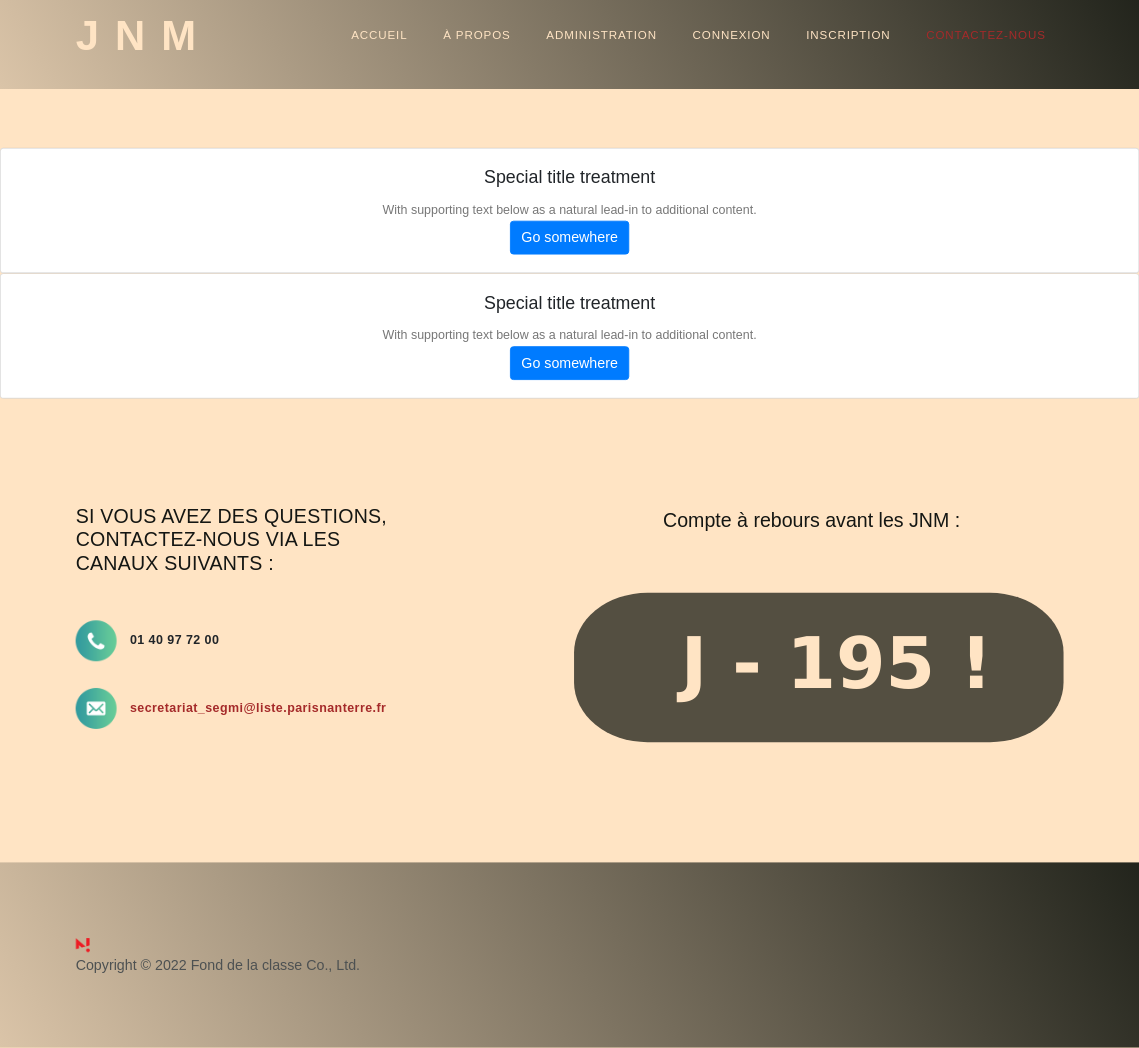
Repository: RiadNadri/ProjetWeb2022
Page: templates/Admin/admin.html.twig
The author's editor kept a copy of each file at every save. The page is drawn from the files as they stood at one save, then again after the next save.
The browser window is 1280 px wide. The pictures show the whole page, at 89% of full size.
Some web fonts or font styles are not loaded; a fallback is used. The page is a Twig template of a Symfony application; nobody is signed in and links lead nowhere. The template is opened directly, without the code that normally fills it, so the values that code supplies are empty.

Above is the page before, as saved 2022-12-24 17:17:37.

After the next save:
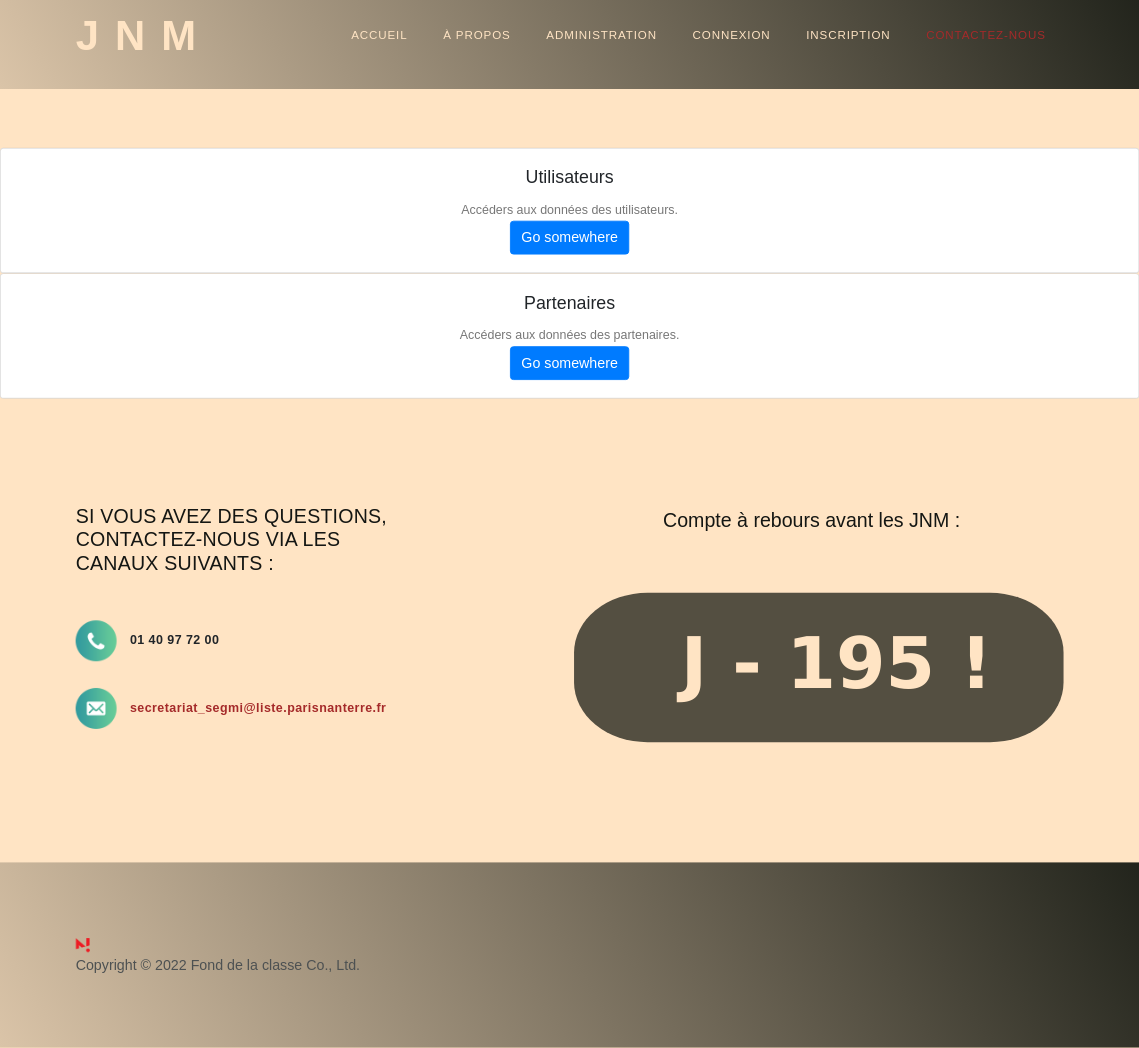
Saved 56 s later.
--- a/templates/Admin/admin.html.twig
+++ b/templates/Admin/admin.html.twig
@@ -28,8 +28,8 @@
 
 <div class="card text-center">
   <div class="card-body">
-    <h5 class="card-title">Special title treatment</h5>
-    <p class="card-text">With supporting text below as a natural lead-in to additional content.</p>
+    <h5 class="card-title">Utilisateurs</h5>
+    <p class="card-text">Accéders aux données des utilisateurs.</p>
     <a href="#" class="btn btn-primary">Go somewhere</a>
   </div>
 </div>
@@ -37,8 +37,8 @@
 <div class="card text-center">
 
   <div class="card-body">
-    <h5 class="card-title">Special title treatment</h5>
-    <p class="card-text">With supporting text below as a natural lead-in to additional content.</p>
+    <h5 class="card-title">Partenaires</h5>
+    <p class="card-text">Accéders aux données des partenaires.</p>
     <a href="#" class="btn btn-primary">Go somewhere</a>
   </div>
 </div>
